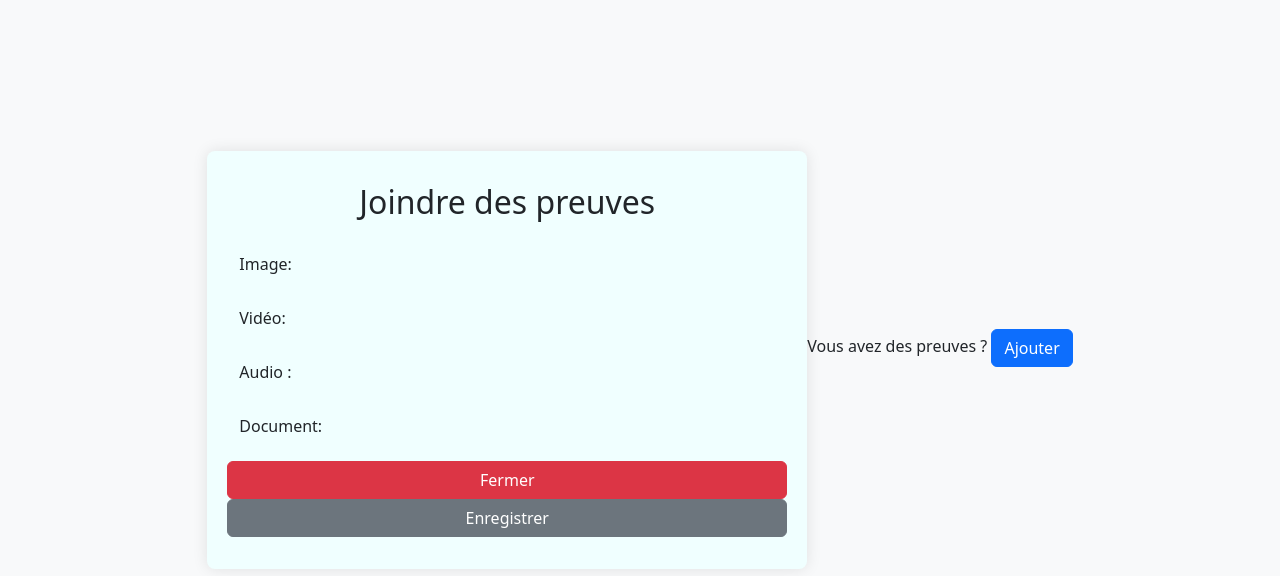
Repository: Senare1/PlaintEasy
Page: complaints/templates/complaints/preuves.html
These files come from the project's save history. The page is drawn as it stood at one moment and after the next save; the edit follows.
The browser window is 1280 px wide. The pictures show the whole page.
Some web libraries are served in a nearby version. The page is served by the project's application, run on Django 4.2 (manage.py). The template is opened directly, without the code that normally fills it, so the values that code supplies are empty.

Above is the page before, as saved 2024-08-04 12:26:06.

After the next save:
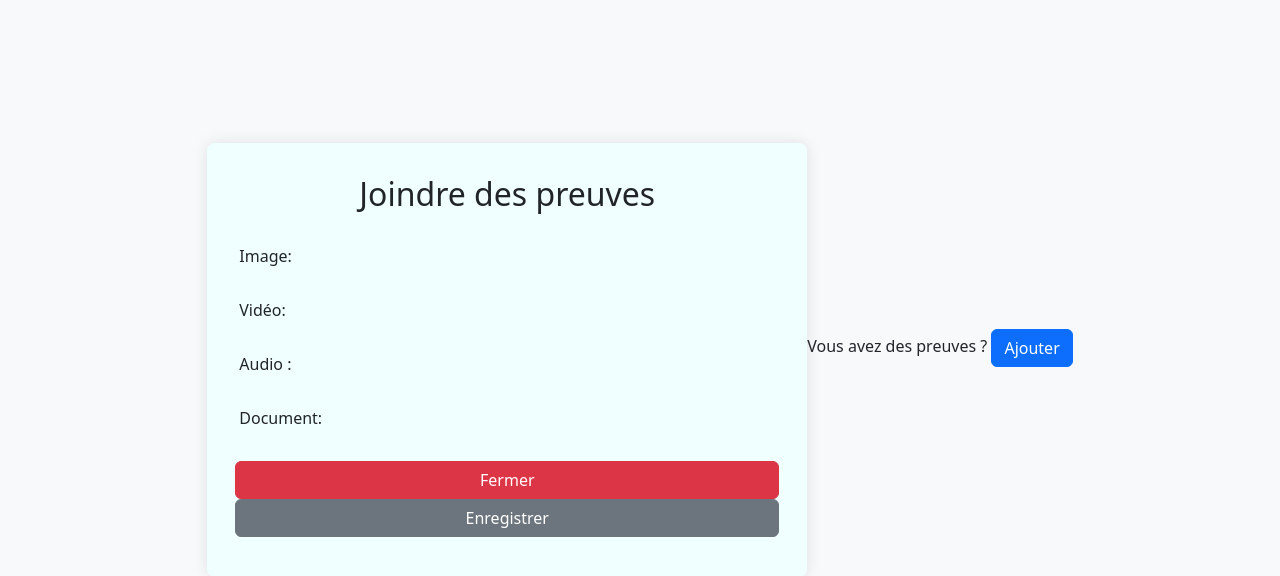
Saved 33 s later.
--- a/complaints/templates/complaints/preuves.html
+++ b/complaints/templates/complaints/preuves.html
@@ -64,7 +64,7 @@
                   {{form_proof.file}}
                 </div>
             </div>
-            <div class="row text-center">
+            <div class="row text-center p-2">
                 <button type="button" class="btn btn-danger" type="reset">Fermer</button>
                 <button type="submit" class="btn btn-secondary">Enregistrer</button>
             </div>
